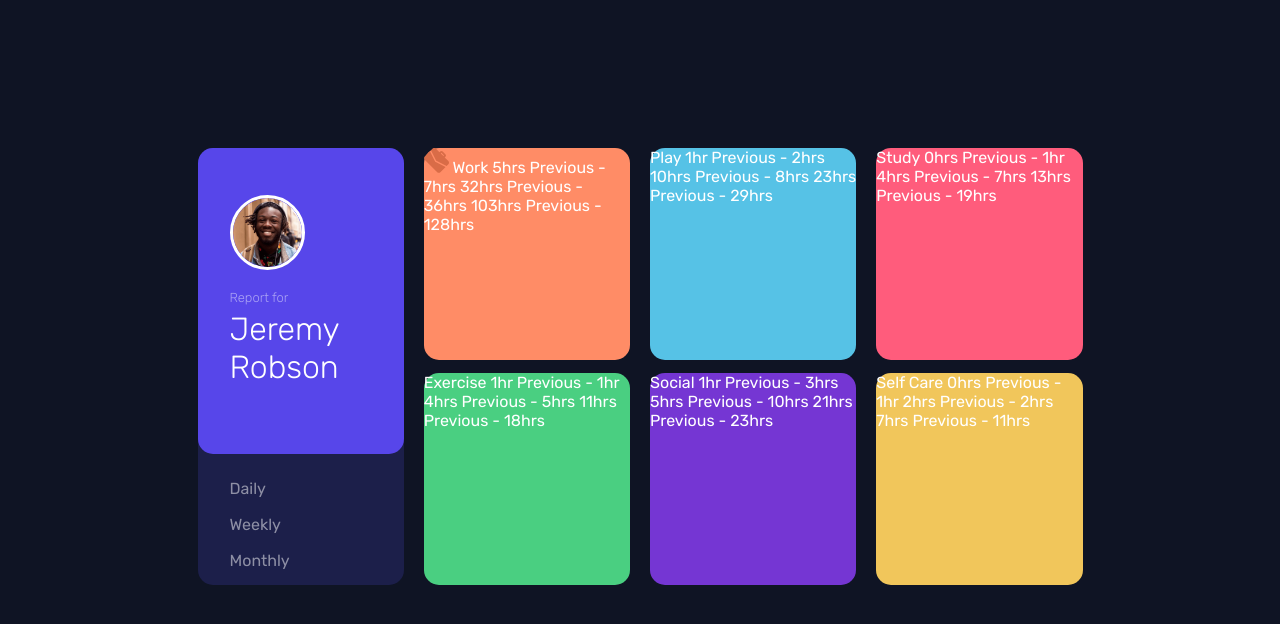
Repository: 3mr-5aled/time-tracking-dashboard-Junior
Page: index.html
The author's editor kept a copy of each file at every save. The page is drawn from the files as they stood at one save, then again after the next save.
The browser window is 1280 px wide. The pictures show the whole page.

Above is the page before, as saved 2022-12-27 20:28:38.

### index.html
<!DOCTYPE html>
<html lang="en">
  <head>
    <meta charset="UTF-8" />
    <meta name="viewport" content="width=device-width, initial-scale=1.0" />
    <!-- displays site properly based on user's device -->

    <link
      rel="icon"
      type="image/png"
      sizes="32x32"
      href="./images/favicon-32x32.png"
    />
    <link rel="stylesheet" href="style.css" />

    <title>Frontend Mentor | Time tracking dashboard</title>

    <!-- Feel free to remove these styles or customise in your own stylesheet 👍 -->
    <style>
      .attribution {
        display: none;
        font-size: 11px;
        text-align: center;
      }
      .attribution a {
        color: hsl(228, 45%, 44%);
      }
    </style>
  </head>
  <body>
    <div class="main">
      <div class="user">
        <div class="userData">
          <img src="images/image-jeremy.png" alt="userFace" />
          <div class="userInfo">
            <p>Report for</p>
            <span>Jeremy Robson</span>
          </div>
        </div>
        <div class="filter">
          <button>Daily</button>
          <button>Weekly</button>
          <button>Monthly</button>
        </div>
      </div>
      <div class="work">
        <img class="catImage" src="images/icon-work.svg" alt="" />
        Work 5hrs
        <!-- daily -->
        Previous - 7hrs
        <!-- daily -->
        32hrs
        <!-- weekly -->
        Previous - 36hrs
        <!-- weekly -->
        103hrs
        <!-- monthly -->
        Previous - 128hrs
        <!-- monthly -->
      </div>
      <div class="play">
        Play 1hr
        <!-- daily -->
        Previous - 2hrs
        <!-- daily -->
        10hrs
        <!-- weekly -->
        Previous - 8hrs
        <!-- weekly -->
        23hrs
        <!-- monthly -->
        Previous - 29hrs
        <!-- monthly -->
      </div>
      <div class="study">
        Study 0hrs
        <!-- daily -->
        Previous - 1hr
        <!-- daily -->
        4hrs
        <!-- weekly -->
        Previous - 7hrs
        <!-- weekly -->
        13hrs
        <!-- monthly -->
        Previous - 19hrs
        <!-- monthly -->
      </div>

      <div class="exercise">
        Exercise 1hr
        <!-- daily -->
        Previous - 1hr
        <!-- daily -->
        4hrs
        <!-- weekly -->
        Previous - 5hrs
        <!-- weekly -->
        11hrs
        <!-- monthly -->
        Previous - 18hrs
        <!-- monthly -->
      </div>

      <div class="social">
        Social 1hr
        <!-- daily -->
        Previous - 3hrs
        <!-- daily -->
        5hrs
        <!-- weekly -->
        Previous - 10hrs
        <!-- weekly -->
        21hrs
        <!-- monthly -->
        Previous - 23hrs
        <!-- monthly -->
      </div>
      <div class="selfCare">
        Self Care 0hrs
        <!-- daily -->
        Previous - 1hr
        <!-- daily -->
        2hrs
        <!-- weekly -->
        Previous - 2hrs
        <!-- weekly -->
        7hrs
        <!-- monthly -->
        Previous - 11hrs
        <!-- monthly -->
      </div>
    </div>
    <div class="attribution">
      Challenge by
      <a href="https://www.frontendmentor.io?ref=challenge" target="_blank"
        >Frontend Mentor</a
      >. Coded by <a href="#">3mr 5aled</a>.
    </div>
  </body>
</html>

### style.css
@import url("https://fonts.googleapis.com/css2?family=Rubik:wght@200;300;400;500&display=swap");

* {
  box-sizing: border-box;
  padding: 0;
  margin: 0;
  font-family: "Rubik", sans-serif;
}

:root {
  /* Primary colors */
  --blue: hsl(246, 80%, 60%);
  --light-orange: hsl(15, 100%, 70%); /*(work)*/
  --soft-blue: hsl(195, 74%, 62%); /*(play)*/
  --light-red: hsl(348, 100%, 68%); /*(study)*/
  --lime-green: hsl(145, 58%, 55%); /*(exercise)*/
  --violet: hsl(264, 64%, 52%); /*(social)*/
  --soft-yellow: hsl(43, 84%, 65%); /*(self care)*/

  /* Neutral colors */
  --very-dark-blue: hsl(226, 43%, 10%);
  --dark-blue: hsl(235, 46%, 20%);
  --light-purple: #5746ea;
  --desaturated-blue: hsl(235, 45%, 61%);
  --pale-blue: hsl(236, 100%, 87%);

  /* card font size */
  --fs-card: 18px;

  /* media quires */
  --mobile-view: 375px;
  --desktop-view: 1440px;
}

body {
  padding: 10px;
  background-color: var(--very-dark-blue);
  color: white;
  display: flex;
  /* align-items: center; */
  justify-content: center;
}

.main {
  display: grid;
  grid-template-columns: 1fr;
  grid-template-rows: repeat(7, 1fr);
  /* grid-row-gap: 10px; */
  grid-column-gap: 20px;
  grid-template-areas:
    "user"
    "work"
    "play"
    "study"
    "exercise"
    "social"
    "selfCare";
}
.user,
.work,
.play,
.study,
.exercise,
.social,
.selfCare {
  border-radius: 15px;
  /* padding: 1rem; */
  margin-top: 0.8rem;
  /* margin-right: 0.8rem; */
  /* margin-left: 1rem; */
}
/* start user section */
.user {
  grid-area: user;
  background: var(--dark-blue);
}
.userData {
  display: flex;
  flex-direction: row;
  align-items: center;
  justify-content: center;
  background: var(--light-purple);
  border-radius: 15px;
  padding: 15px;
}
.user img {
  border: 3px solid white;
  border-radius: 50%;
  height: 60px;
  width: 60px;
}
.userInfo {
  margin: 20px 0;
  margin-left: 15px;
}
.userInfo p {
  font-weight: 300;
  color: rgba(255, 255, 255, 0.5);
  padding-bottom: 5px;
  font-size: small;
}
.userInfo span {
  font-weight: 200;
  font-size: x-large;
}

.filter {
  display: flex;
  flex-direction: row;
  align-items: center;
  justify-content: space-evenly;
  margin: 1rem 0;
}

.filter button {
  background: transparent;
  border: none;
  font-size: medium;
  color: rgba(255, 255, 255, 0.5);
}
.filter button:hover {
  color: white;
}
/* end user section */
.catImage {
  width: 25px;
  height: 25px;
}
.work {
  grid-area: work;
  background-color: var(--light-orange);
}
.play {
  grid-area: play;
  background-color: var(--soft-blue);
}
.study {
  grid-area: study;
  background-color: var(--light-red);
}
.exercise {
  grid-area: exercise;
  background-color: var(--lime-green);
}
.social {
  grid-area: social;
  background-color: var(--violet);
}
.selfCare {
  grid-area: selfCare;
  background-color: var(--soft-yellow);
}

@media screen and (min-width: 375px) {
  body {
    align-items: center;
    height: 100vh;
    padding: 50px;
  }
  .main {
    grid-template-columns: repeat(4, 1fr);
    grid-template-rows: repeat(2, 1fr);
    grid-template-areas:
      "user work play study"
      "user exercise social selfCare";
    height: calc(100vh / 1.6);
    width: 75%;
  }

  .user img {
    width: 75px;
    height: 75px;
  }
  .userData {
    flex-direction: column;
    align-items: flex-start;
    justify-content: center;
    height: 70%;
    padding-left: 2rem;
  }
  .userInfo {
    margin-left: 0px;
  }
  .userInfo span {
    word-wrap: break-word;
    /* white-space: warp; */
    font-size: 2em;
  }
  .filter {
    margin-left: 2rem;
    height: 25%;
    /* gap: 5px; */
    align-items: flex-start;
    justify-content: space-around;
    flex-direction: column;
  }
}

After the next save:
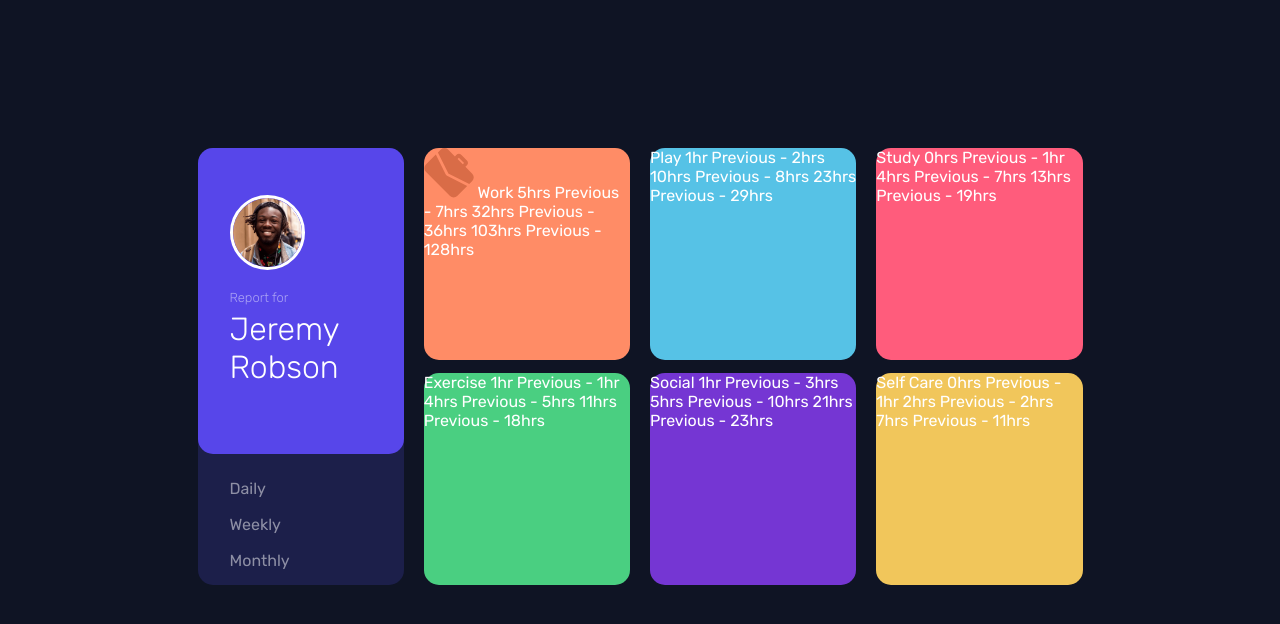
Saved 10 s later.
--- a/style.css
+++ b/style.css
@@ -123,8 +123,8 @@ body {
 }
 /* end user section */
 .catImage {
-  width: 25px;
-  height: 25px;
+  width: 50px;
+  height: 50px;
 }
 .work {
   grid-area: work;
